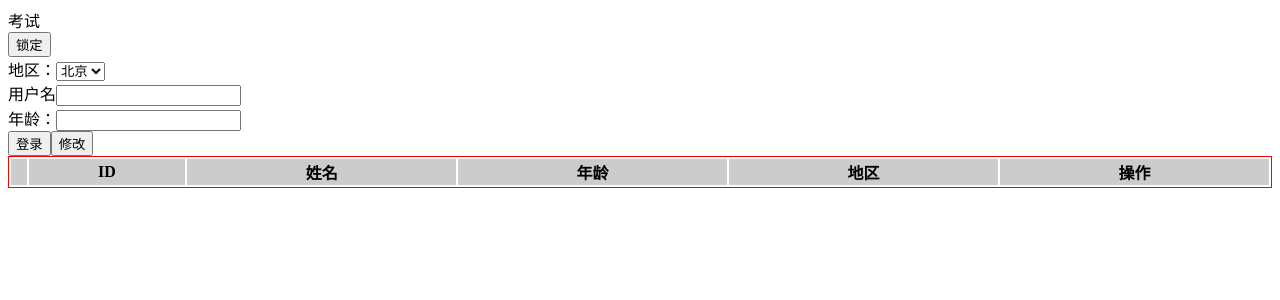
Repository: Sjl-2114/2006z
Page: / (app in A卷/vue-kaoshi/)
An editor plug-in stored every save of this project. The page is shown before and after a run of saves, followed by the edit.
The browser window is 1280 px wide. The pictures show the whole page.
The project was rebuilt for these pictures with package versions that can differ from the ones it lists, and the page was loaded fresh each time.

Above is the page before, as saved 2021-04-28 16:03:31.

After the next 3 saves:
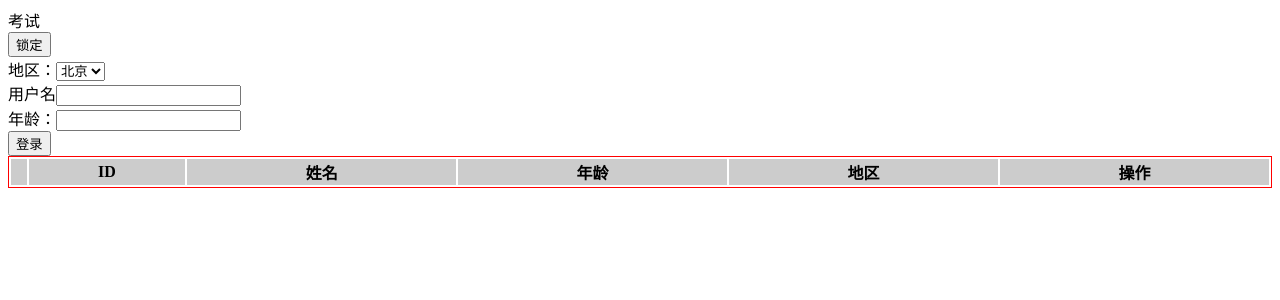
The 3 saves are shown as one change because they came seconds apart.
The last was saved 12 s later.
--- a/A卷/vue-kaoshi/src/App.vue
+++ b/A卷/vue-kaoshi/src/App.vue
@@ -17,8 +17,8 @@
     <span>年龄：</span>
     <input type="number" v-model="age">
     <br>
-    <button @click="abb" v-if="">登录</button>
-    <button @click="xiu">修改</button>
+    <button @click="abb" v-if="isShow">登录</button>
+    <button @click="xiu" v-else>修改</button>
     <br>
     <table style="width:100%" class="table">
         <thead>
